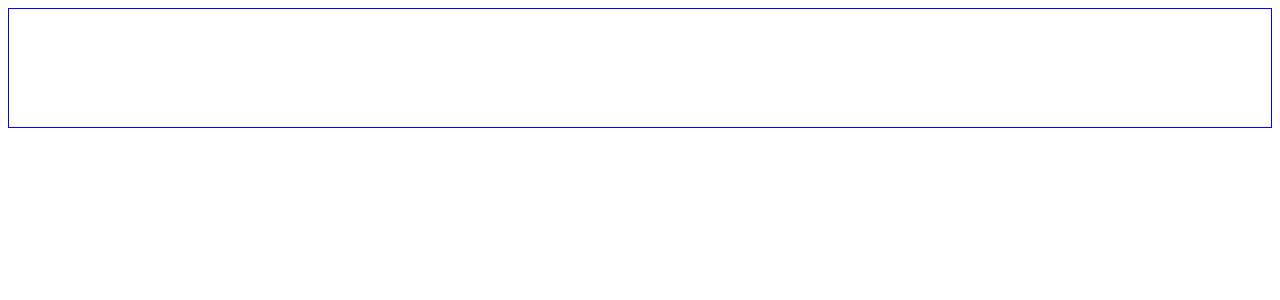
Repository: TheTroyPhillips/Personal-website
Page: index.html
These files come from the project's save history. The page is drawn as it stood at one moment and after the next save; the edit follows.
The browser window is 1280 px wide. The pictures show the whole page.

Above is the page before, as saved 2023-09-10 22:08:35.

After the next save:
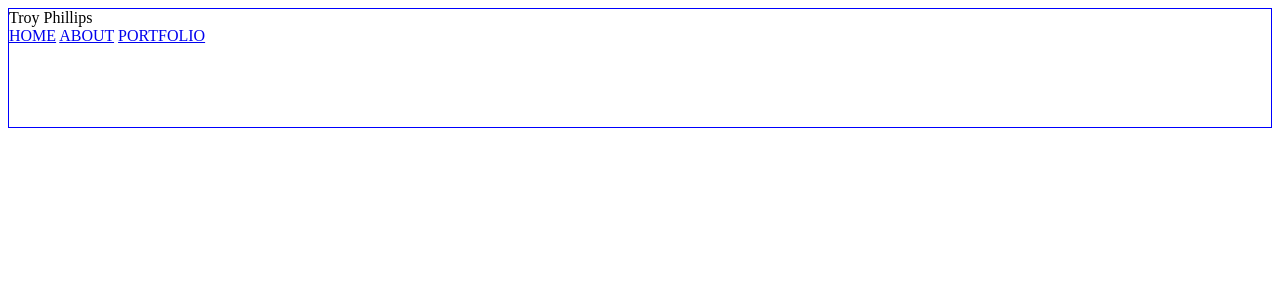
Saved 8 s later.
--- a/index.html
+++ b/index.html
@@ -10,7 +10,11 @@
 
     <div class="parent">
         <div class="child">
-
+            <span class="myname">Troy Phillips</span>
+        <nav class="pages">
+            <a class="active" href="/">HOME</a>
+            <a href="/about.html">ABOUT</a>
+            <a href="/portfolio.html">PORTFOLIO</a>
         </div>
 
     </div>
